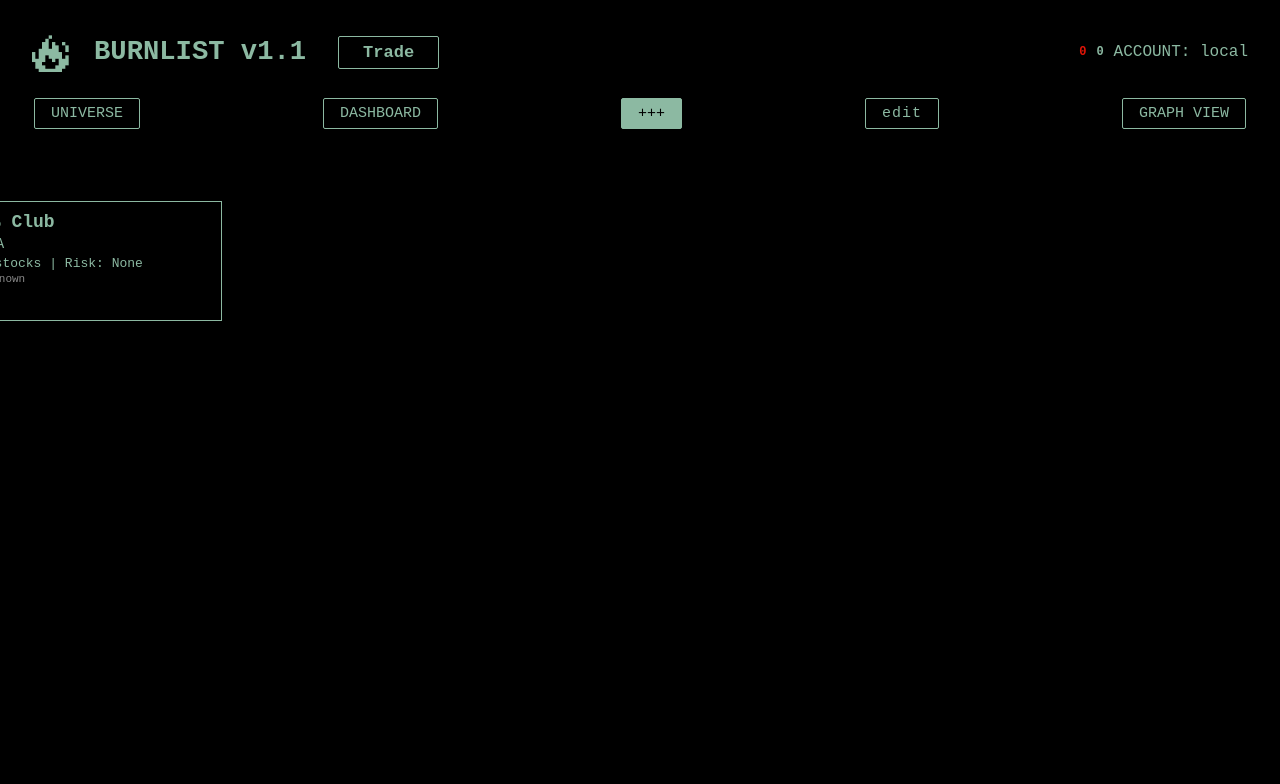
Repository: 11612x/burnlistv1.1
Page: /, after clicking the first element matching `div > :nth-child(4)`
The author's editor kept a copy of each file at every save. The page is drawn from the files as they stood at one save, then again after the next save.
The browser window is 1280 px wide. The pictures show the whole page.
The project was rebuilt for these pictures with package versions that can differ from the ones it lists, and the page was loaded fresh each time. Also part of the build but not shown: vite.config.js, src/components/CustomTooltip.jsx, src/logic/portfolioUtils.js, src/components/WatchlistChart.jsx, src/components/NotificationBanner.jsx, src/components/WatchlistHeader.jsx, src/components/TimeframeSelector.jsx, src/hooks/useAverageReturn.js and 16 more.

Above is the page before, as saved 2025-07-17 01:00:10.

After the next save:
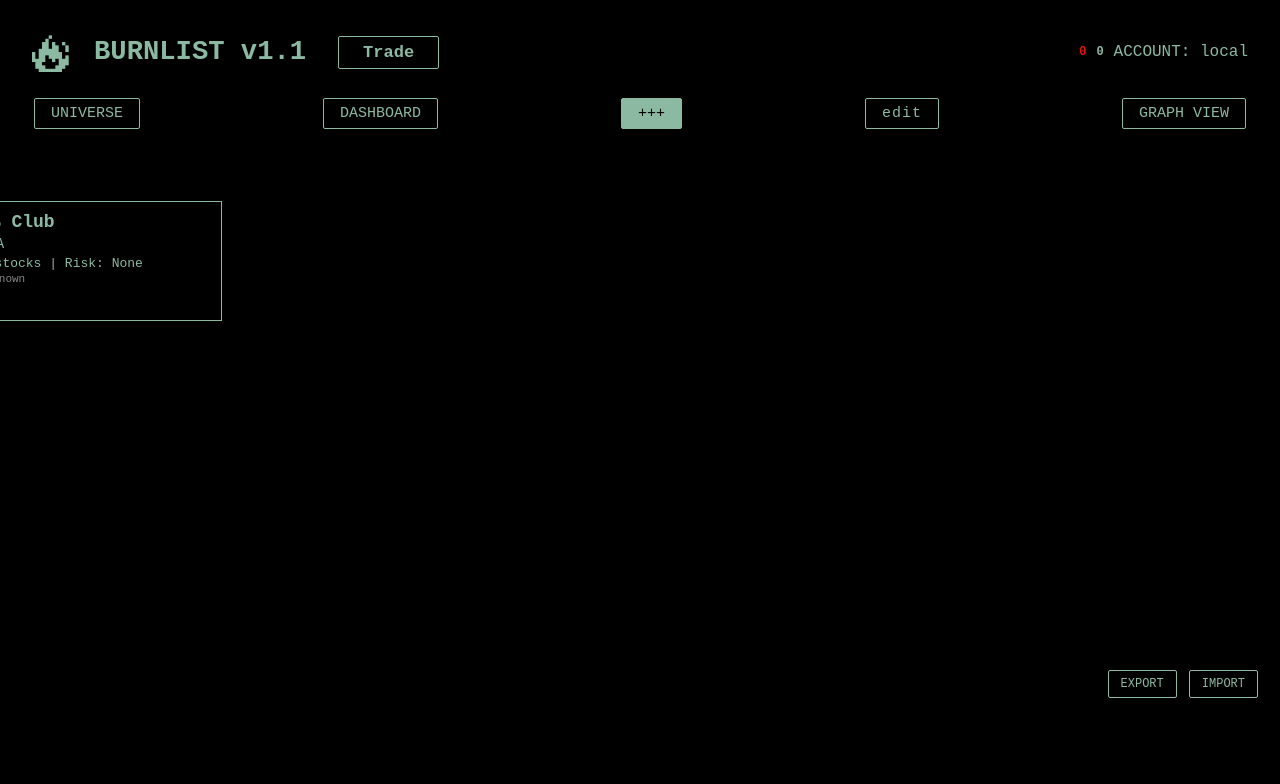
Saved 11 s later.
--- a/src/pages/HomePage.jsx
+++ b/src/pages/HomePage.jsx
@@ -689,6 +689,52 @@ const HomePage = ({ watchlists = {}, setWatchlists }) => {
         );
       })}
       </div>
+
+      {/* Import/Export Buttons - Bottom Right */}
+      <div style={{
+        position: 'fixed',
+        bottom: '20px',
+        right: '20px',
+        display: 'flex',
+        gap: '8px',
+        zIndex: 1000
+      }}>
+        <CustomButton
+          onClick={handleExportData}
+          style={{
+            backgroundColor: black,
+            color: green,
+            border: `1px solid ${green}`,
+            fontSize: '12px',
+            padding: '6px 12px',
+            boxShadow: '0 2px 4px rgba(0,0,0,0.3)'
+          }}
+        >
+          EXPORT
+        </CustomButton>
+        <label style={{ cursor: 'pointer' }}>
+          <input
+            type="file"
+            accept=".json"
+            onChange={handleImportData}
+            style={{ display: 'none' }}
+          />
+          <CustomButton
+            as="span"
+            style={{
+              backgroundColor: black,
+              color: green,
+              border: `1px solid ${green}`,
+              fontSize: '12px',
+              padding: '6px 12px',
+              cursor: 'pointer',
+              boxShadow: '0 2px 4px rgba(0,0,0,0.3)'
+            }}
+          >
+            IMPORT
+          </CustomButton>
+        </label>
+      </div>
     </div>
   );
 };
